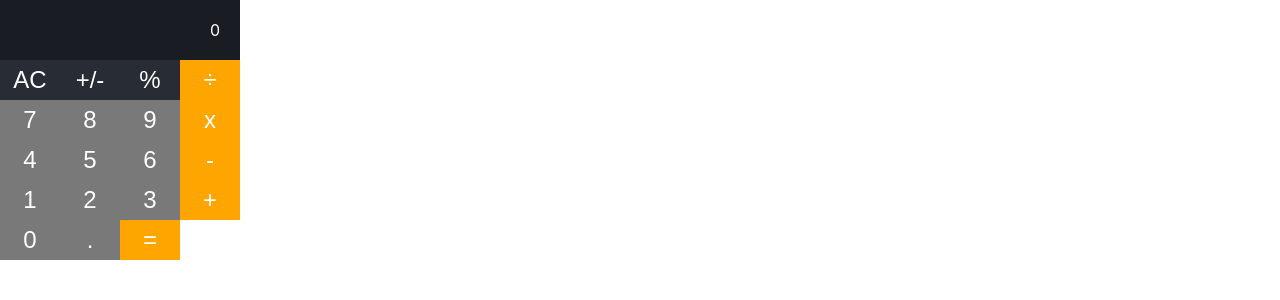
Repository: catsarenotreal/CalculatorWebApp
Page: /
The author's editor kept a copy of each file at every save. The page is drawn from the files as they stood at one save, then again after the next save.
The browser window is 1280 px wide. The pictures show the whole page.
The project was rebuilt for these pictures with package versions that can differ from the ones it lists, and the page was loaded fresh each time.

Above is the page before, as saved 2024-08-23 14:03:20.

### src/App.tsx
import React from 'react';
// import logo from './logo.svg';
import { useState } from 'react';
import './App.css';

let stack : string[] = [];
let prevOp : "+" | "-" | "x" | "÷" = "+";
var currNum : number = 0;

// const [display, setDisplay] = useState(0);

type Props = {
  val : string;
  colour : 'orange'|'darkgrey'|'lightgrey';
  setDisplay : React.Dispatch<React.SetStateAction<number>>;
}

function refresh(props : Props){
  stack.length = 0;
  currNum = 0;
  const setDisplay = props.setDisplay;
  setDisplay(0);
}

// function takeOp(op : string){

// }

function Buttons(props : Props){

  // const [display, setDisplay] = useState(0);

  const val = props.val;
  const colour = props.colour;
  const setDisplay = props.setDisplay;

  function calculation(op : string) { // when pressing operations, the prior evaluation is supposed to show

    let newNum : number = Number(stack.join(''));
    stack.length = 0; // clearing stack

    switch (op){
      case "+":
        currNum += newNum;
        console.log("sums to" + currNum);
        break;
      case "-":
        currNum -= newNum;
        break;
      case "÷":
        if (newNum === 0) {
          setDisplay(NaN);
          refresh(props); // display not a number and refresh backend
          break;
        }
        currNum /= newNum;
        break;
      case "x":
        currNum *= newNum;
        break;

    }

    setDisplay(currNum);
    console.log("calculation: " + currNum);

  }

  function handleClick(props : Props){
    var val = props.val;

    if (val === "="){
      val = prevOp;
    }

    if (val === "+" || val === "-" || val === "x" || val === "÷"){
      prevOp = val;
      calculation(val);
      setDisplay(currNum);

    }
    else if (val === "AC"){
      refresh(props);
    }
    else{
      stack.push(val);
      let newNum : number = Number(stack.join(''));
      console.log("number selected: " + newNum);
      setDisplay(newNum);
    }
  }

  return <button className = {`Buttons ${colour}`} onClick = {() => handleClick(props)}>
    {val}
  </button>
}

export default function Calc() {
  const [display, setDisplay] = useState(0); // display is number by default
  return (
    <main>
      <div className = "row">
        <div className= "DisplayScreen">{display}</div>
      </div>
      <div className = "row">
        <Buttons val={'AC'} colour = 'darkgrey' setDisplay = {setDisplay} />
        <Buttons val={'+/-'} colour = 'darkgrey' setDisplay = {setDisplay}/>
        <Buttons val={'%'} colour = 'darkgrey' setDisplay = {setDisplay} / >
        <Buttons val={'÷'} colour = 'orange' setDisplay = {setDisplay} />
      </div>
      <div className = "row">
        <Buttons val={'7'} colour = 'lightgrey' setDisplay = {setDisplay} />
        <Buttons val={'8'} colour = 'lightgrey' setDisplay = {setDisplay}/>
        <Buttons val={'9'} colour = 'lightgrey' setDisplay = {setDisplay}/ >
        <Buttons val={'x'} colour = 'orange'  setDisplay = {setDisplay}/>
      </div>
      <div className = "row">
        <Buttons val={'4'} colour = 'lightgrey' setDisplay = {setDisplay}/>
        <Buttons val={'5'} colour = 'lightgrey' setDisplay = {setDisplay}/>
        <Buttons val={'6'} colour = 'lightgrey' setDisplay = {setDisplay}/ >
        <Buttons val={'-'} colour = 'orange'  setDisplay = {setDisplay}/>
      </div>
      <div className = "row">
        <Buttons val={'1'} colour = 'lightgrey' setDisplay = {setDisplay}/>
        <Buttons val={'2'} colour = 'lightgrey' setDisplay = {setDisplay}/>
        <Buttons val={'3'} colour = 'lightgrey' setDisplay = {setDisplay}/ >
        <Buttons val={'+'} colour = 'orange'  setDisplay = {setDisplay}/>
      </div>
      <div className = "row">
        <Buttons val={'0'} colour = 'lightgrey' setDisplay = {setDisplay}/>
        <Buttons val={'.'} colour = 'lightgrey' setDisplay = {setDisplay}/>
        <Buttons val={'='} colour = 'orange' setDisplay = {setDisplay}/>
      </div>
    </main>

  );
}

### src/App.css
.App {
  text-align: center;
}

.App-logo {
  height: 40vmin;
  pointer-events: none;
}


.App-header {
  background-color: #282c34;
  min-height: 100vh;
  display: flex;
  flex-direction: column;
  align-items: center;
  justify-content: center;
  font-size: calc(10px + 2vmin);
  color: white;
}

.App-link {
  color: #61dafb;
}


/* .DisplayScreen {
  background-color: rgb(24, 24, 24);
  text-align: right;
} */

.Buttons {
  text-align: center;
  box-shadow: none;
  outline: none;
  border: none;
  font-size: 1.5rem;
  color: white;
  height: 40px;
  width: 60px;
}

.Buttons.orange{
  background-color: orange;
}

.Buttons.lightgrey{
  background-color: #797979;
}

.Buttons.darkgrey{
  background-color:#282c34;
}

.DisplayScreen{
  width: 200px;
  height: 20px;
  padding:20px;
  /* font-size: 100;
   */
  font-size:100%;
  font-weight: 100%;
  /* padding-bottom: ; */
  text-align: right;

  background-color: #191d23;
  color: white;
}





@keyframes App-logo-spin {
  from {
    transform: rotate(0deg);
  }
  to {
    transform: rotate(360deg);
  }
}

Loaded but not shown: public/index.html (common file); src/index.tsx (common file); src/index.css (common file); src/reportWebVitals.ts (common file)

After the next save:
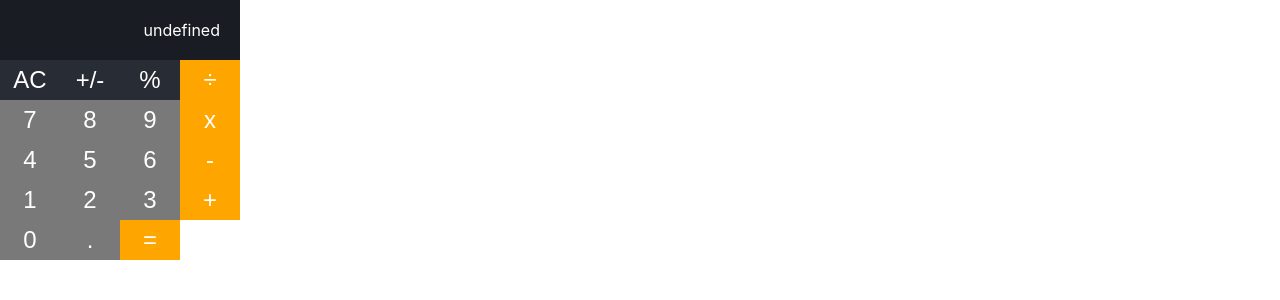
Saved 108 min 5 s later.
--- a/src/App.tsx
+++ b/src/App.tsx
@@ -4,10 +4,12 @@ import { useState } from 'react';
 import './App.css';
 
 let stack : string[] = [];
-let prevOp : "+" | "-" | "x" | "÷" = "+";
+let prevOp : operations = "+";
 var currNum : number = 0;
 
 // const [display, setDisplay] = useState(0);
+
+type operations = "+" | "-" | "x" | "÷";
 
 type Props = {
   val : string;
@@ -26,13 +28,10 @@ function refresh(props : Props){
 
 // }
 
-function Buttons(props : Props){
+function Buttons( { val, colour, setDisplay }  : Props){
+
 
   // const [display, setDisplay] = useState(0);
-
-  const val = props.val;
-  const colour = props.colour;
-  const setDisplay = props.setDisplay;
 
   function calculation(op : string) { // when pressing operations, the prior evaluation is supposed to show
 
@@ -50,7 +49,7 @@ function Buttons(props : Props){
       case "÷":
         if (newNum === 0) {
           setDisplay(NaN);
-          refresh(props); // display not a number and refresh backend
+          refresh({val, colour, setDisplay }); // display not a number and refresh backend
           break;
         }
         currNum /= newNum;
@@ -90,17 +89,32 @@ function Buttons(props : Props){
     }
   }
 
-  return <button className = {`Buttons ${colour}`} onClick = {() => handleClick(props)}>
+  return <button className = {`Buttons ${colour}`} onClick = {() => handleClick({ val, colour, setDisplay })}>
     {val}
   </button>
 }
+
+/*
+
+value1 ? 'a' : 'b'
+
+value1 || 'a'
+
+// if value1 is true => value1
+// if value1 is false => 'a'
+
+value2 && 'a'
+// if value2 is true => 'a'
+// if value2 is false => ignore
+
+*/
 
 export default function Calc() {
   const [display, setDisplay] = useState(0); // display is number by default
   return (
     <main>
       <div className = "row">
-        <div className= "DisplayScreen">{display}</div>
+        <div className= "DisplayScreen">{`${display || 'undefined'}`}</div>
       </div>
       <div className = "row">
         <Buttons val={'AC'} colour = 'darkgrey' setDisplay = {setDisplay} />
